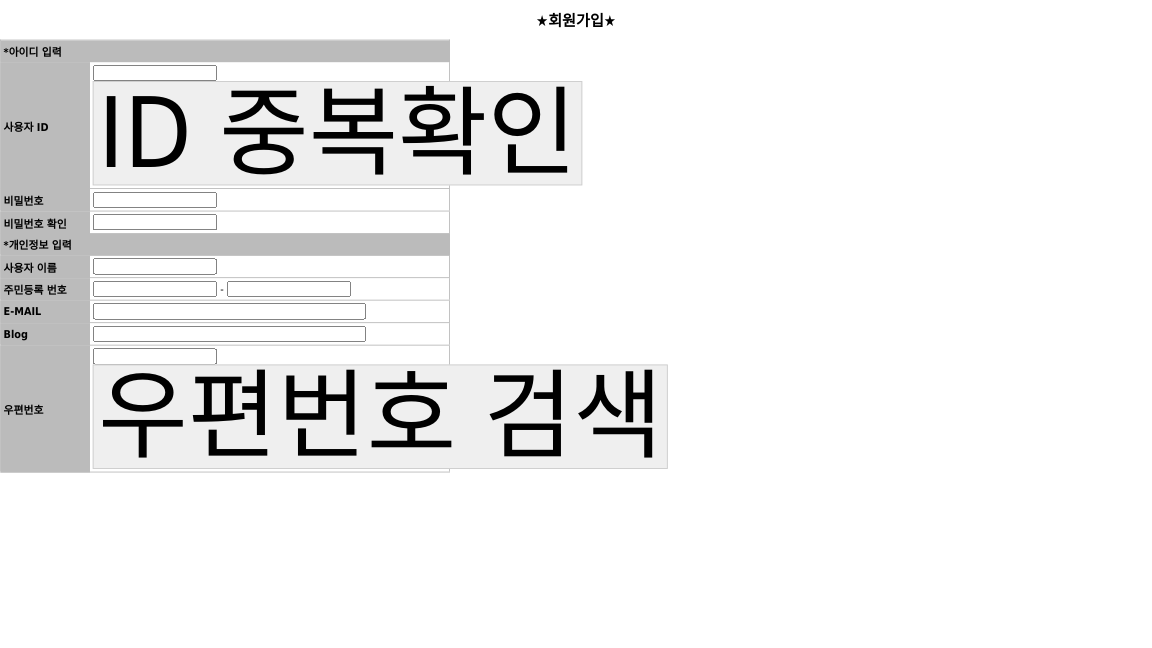
Repository: eParkjongtaek/lovedisket
Page: http://localhost/KH18_1/0904/inputForm.jsp
These files come from the project's save history. The page is drawn as it stood at one moment and after the next save; the edit follows.
The browser window is 1280 px wide. The pictures show the whole page, at 90% of full size.
The page is served by Tomcat 9.

Above is the page before, as saved 2017-09-04 04:25:01.

After the next save:
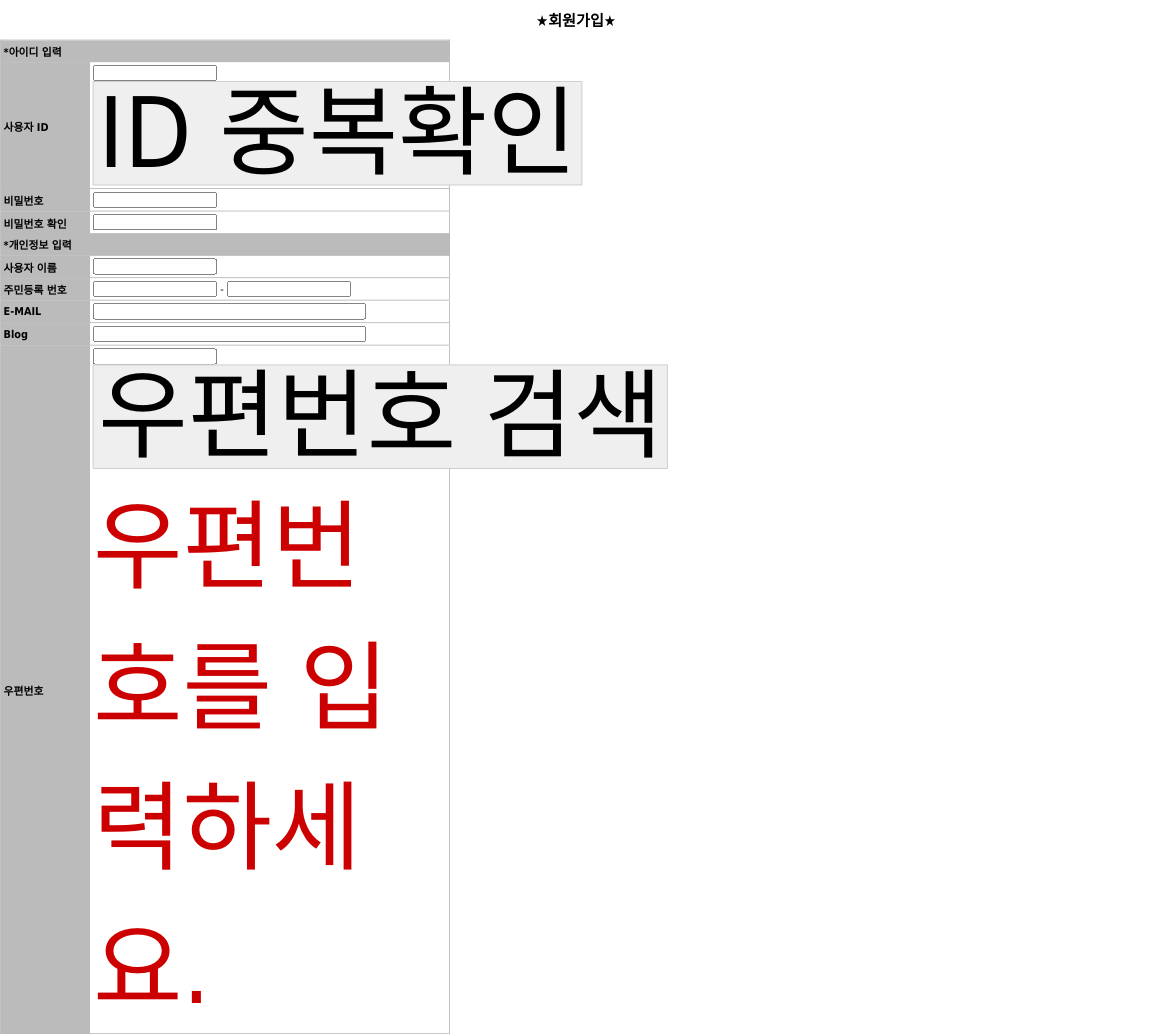
Saved 23 s later.
--- a/source/KH18_1/WebContent/0904/inputForm.jsp
+++ b/source/KH18_1/WebContent/0904/inputForm.jsp
@@ -113,6 +113,7 @@ function checkIt()
 					<th>우편번호</th>
 					<td>
 						<input type="text" name="zipcode" /><input type="button" value="우편번호 검색" class="inputBtn" onclick="javascript:zipCheck();" />
+						<span>우편번호를 입력하세요.</span>
 					</td>
 				</tr>
 			</table>
